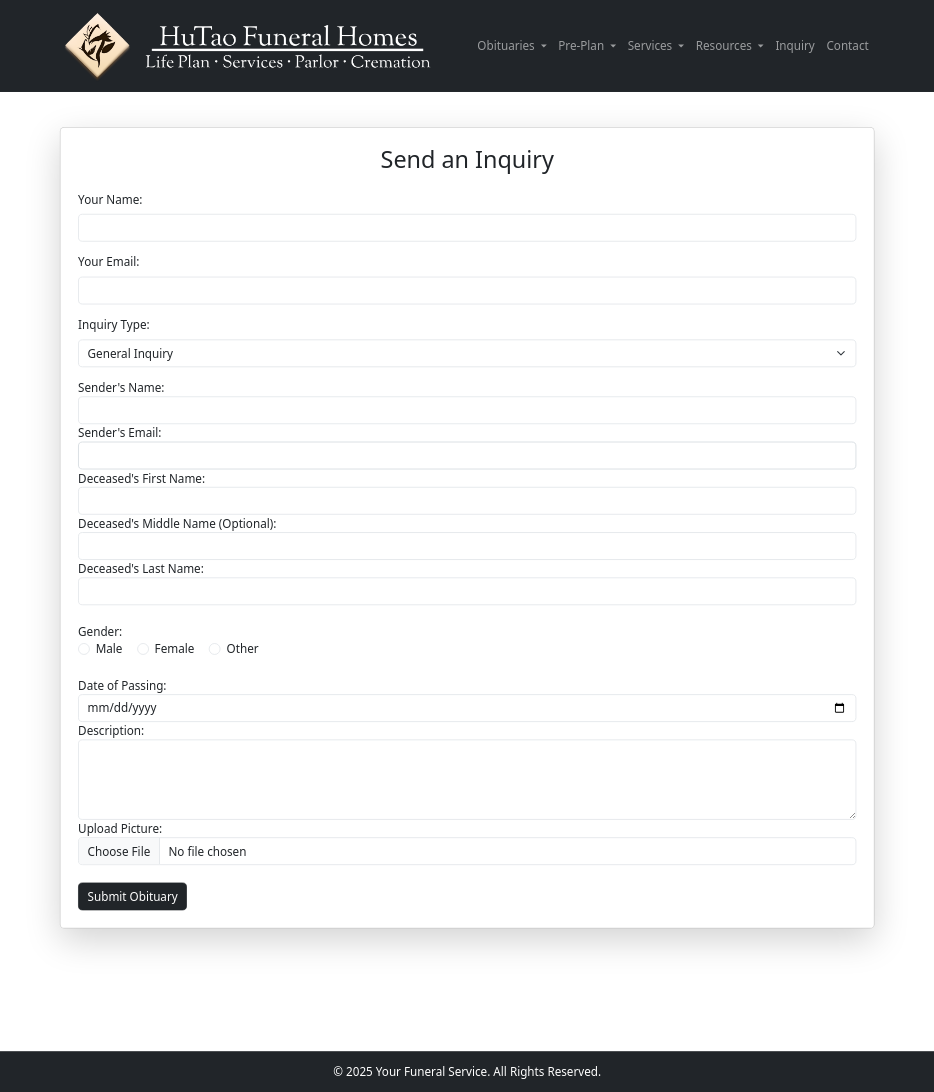
Repository: Jamil-cyber-hash/INSANITY
Page: http://localhost/inquiry.php
The author's editor kept a copy of each file at every save. The page is drawn from the files as they stood at one save, then again after the next save.
The browser window is 1280 px wide. The pictures show the whole page, at 73% of full size.
The page is run by PHP 8.4 with error messages shown; the project is at /var/www/html/.

Above is the page before, as saved 2025-03-23 22:21:34.

### inquiry.php
<!DOCTYPE html>
<html lang="en">
<head>
    <meta charset="UTF-8">
    <meta name="viewport" content="width=device-width, initial-scale=1.0">
    <title>Inquiry Form</title>
    <link href="https://cdn.jsdelivr.net/npm/bootstrap@5.3.3/dist/css/bootstrap.min.css" rel="stylesheet" integrity="sha384-QWTKZyjpPEjISv5WaRU9OFeRpok6YctnYmDr5pNlyT2bRjXh0JMhjY6hW+ALEwIH" crossorigin="anonymous">
    <script src="https://cdn.jsdelivr.net/npm/bootstrap@5.3.3/dist/js/bootstrap.bundle.min.js" integrity="sha384-YvpcrYf0tY3lHB60NNkmXc5s9fDVZLESaAA55NDzOxhy9GkcIdslK1eN7N6jIeHz" crossorigin="anonymous"></script>
    <script>
        function toggleObituaryFields() {
            let inquiryType = document.getElementById("inquiry_type").value;
            let obituaryFields = document.getElementById("obituary_fields");

            if (inquiryType === "Obituary") {
                obituaryFields.style.display = "block";
            } else {
                obituaryFields.style.display = "none";
            }
        }
    </script>

</head>
<body>

<?php include 'header.php'; ?>
    <div class="container mt-5">
        <div class="card shadow-lg p-4">
            <h2 class="text-center mb-4">Send an Inquiry</h2>
            <form action="submit_inquiry.php" method="POST">
                <div class="mb-3">
                    <label for="name" class="form-label">Your Name:</label>
                    <input type="text" id="name" name="name" class="form-control" required>
                </div>

                <div class="mb-3">
                    <label for="email" class="form-label">Your Email:</label>
                    <input type="email" id="email" name="email" class="form-control" required>
                </div>

                <div class="mb-3">
                    <label for="inquiry_type" class="form-label">Inquiry Type:</label>
                    <select id="inquiry_type" name="inquiry_type" class="form-select" required onchange="toggleObituaryFields()">
                        <option value="General">General Inquiry</option>
                        <option value="Obituary">Obituary Submission</option>
                    </select>
                </div>

                <!-- Obituary Fields (Initially Hidden) -->
                <form action="submit_form.php" method="POST" enctype="multipart/form-data">
        <!-- Sender's Info -->
        <div class="form-group">
            <label for="sender_name">Sender's Name:</label>
            <input type="text" class="form-control" id="sender_name" name="sender_name" required />
        </div>
        <div class="form-group">
            <label for="sender_email">Sender's Email:</label>
            <input type="email" class="form-control" id="sender_email" name="sender_email" required />
        </div>

        <script>
document.getElementById('sender_email').addEventListener('input', function() {
    const email = this.value;
    const emailPattern = /^[a-zA-Z0-9._%+-]+@[a-zA-Z0-9.-]+\.[a-zA-Z]{2,}$/;
    const emailError = document.getElementById('email-error');

    if (emailPattern.test(email)) {
        emailError.style.display = 'none';
        this.classList.remove('invalid');
        this.classList.add('valid');
    } else {
        emailError.style.display = 'block';
        this.classList.remove('valid');
        this.classList.add('invalid');
    }
});
</script>

        <!-- Deceased's Info -->
        <div class="form-group">
            <label for="deceased_first_name">Deceased's First Name:</label>
            <input type="text" class="form-control" id="deceased_first_name" name="deceased_first_name" required />
        </div>
        <div class="form-group">
            <label for="deceased_middle_name">Deceased's Middle Name (Optional):</label>
            <input type="text" class="form-control" id="deceased_middle_name" name="deceased_middle_name" />
        </div>
        <div class="form-group">
            <label for="deceased_last_name">Deceased's Last Name:</label>
            <input type="text" class="form-control" id="deceased_last_name" name="deceased_last_name" required />
        </div>
<br>
        <!-- Gender -->
        <div class="form-group">
            <label>Gender:</label><br>
            <div class="form-check form-check-inline">
                <input class="form-check-input" type="radio" name="gender" id="male" value="Male" required />
                <label class="form-check-label" for="male">Male</label>
            </div>
            <div class="form-check form-check-inline">
                <input class="form-check-input" type="radio" name="gender" id="female" value="Female" />
                <label class="form-check-label" for="female">Female</label>
            </div>
            <div class="form-check form-check-inline">
                <input class="form-check-input" type="radio" name="gender" id="other" value="Other" />
                <label class="form-check-label" for="other">Other</label>
            </div>
        </div>
<br>
        <div class="form-group">
            <label for="date_of_passing">Date of Passing:</label>
            <input type="date" class="form-control" id="date_of_passing" name="date_of_passing" required />
        </div>
        <div class="form-group">
            <label for="description">Description:</label>
            <textarea class="form-control" id="description" name="description" rows="4" required></textarea>
        </div>
        <div class="form-group">
            <label for="image">Upload Picture:</label>
            <input type="file" class="form-control" id="image" name="image" accept="image/*" required />
        </div>
        <br>
        <button type="submit" class="btn btn-dark">Submit Obituary</button>
    </form>
</div>

        </div>
    </div>

    <script src="https://cdn.jsdelivr.net/npm/bootstrap@5.3.0/dist/js/bootstrap.bundle.min.js"></script>
<br>
<br>
<br>
<br>
<br>
<br>
<br>
    <?php include 'footer.php'; ?>
</body>
</html>

### header.php
<!DOCTYPE html>
<html lang="en">
<head>
    <meta charset="UTF-8" />
    <meta name="viewport" content="width=device-width, initial-scale=1.0" />
    <title>Funeral Service</title>

    <link href="https://cdn.jsdelivr.net/npm/bootstrap@5.3.3/dist/css/bootstrap.min.css" rel="stylesheet" integrity="sha384-QWTKZyjpPEjISv5WaRU9OFeRpok6YctnYmDr5pNlyT2bRjXh0JMhjY6hW+ALEwIH" crossorigin="anonymous">
<script src="https://cdn.jsdelivr.net/npm/bootstrap@5.3.3/dist/js/bootstrap.bundle.min.js" integrity="sha384-YvpcrYf0tY3lHB60NNkmXc5s9fDVZLESaAA55NDzOxhy9GkcIdslK1eN7N6jIeHz" crossorigin="anonymous"></script>
<link rel="stylesheet" href="css/pang.css">
<link rel="stylesheet" href="css/form.css">

</head>
<body>

<!-- Header -->
<nav class="navbar navbar-expand-lg navbar-dark bg-dark">
    <div class="container">
        <a class="navbar-brand" href="PANG.php"><img src="imaages\logo.png" alt="" class="logo"><img src="imaages\logo2.png" alt="" class="logo2"></a>


         <button class="navbar-toggler" type="button" data-bs-toggle="collapse" data-bs-target="#navbarNav">
            <span class="navbar-toggler-icon"></span>
        </button>

        <div class="collapse navbar-collapse" id="navbarNav">
            <ul class="navbar-nav ms-auto">
                <!-- Obituaries Dropdown -->
                <li class="nav-item dropdown">
                    <a class="nav-link dropdown-toggle" href="#" id="obituariesDropdown" role="button" data-bs-toggle="dropdown" aria-expanded="false">
                        Obituaries
                    </a>
                    <ul class="dropdown-menu" aria-labelledby="obituariesDropdown">
                        <li><a class="dropdown-item" href="PANG.php#obituaries">Recent Obituaries</a></li>
                        <li><a class="dropdown-item" href="#search">Search Obituaries</a></li>

                    </ul>
                </li>

                <!-- Pre-Plan Dropdown -->
                <li class="nav-item dropdown">
                    <a class="nav-link dropdown-toggle" href="#" id="preplanDropdown" role="button" data-bs-toggle="dropdown" aria-expanded="false">
                        Pre-Plan
                    </a>
                    <ul class="dropdown-menu" aria-labelledby="preplanDropdown">
                        <li><a class="dropdown-item" href="pre-plan.php">Why Pre-Plan?</a></li>
                        <li><a class="dropdown-item" href="submit_preplan.php">Pre-Plan Options</a></li>
                    </ul>
                </li>

                <!-- Services Dropdown -->
                <li class="nav-item dropdown">
                    <a class="nav-link dropdown-toggle" href="services.php" id="servicesDropdown" role="button" data-bs-toggle="dropdown" aria-expanded="false">
                        Services
                    </a>
                    <ul class="dropdown-menu" aria-labelledby="servicesDropdown">
                        <li><a class="dropdown-item" href="burial_services.php">Burial Services</a></li>
                        <li><a class="dropdown-item" href="cremation.php">Cremation Services</a></li>
                        <li><a class="dropdown-item" href="memorial.php">Memorial Planning</a></li>
                    </ul>
                </li>

                <!-- Resources Dropdown -->
                <li class="nav-item dropdown">
                    <a class="nav-link dropdown-toggle" href="#" id="resourcesDropdown" role="button" data-bs-toggle="dropdown" aria-expanded="false">
                        Resources
                    </a>
                    <ul class="dropdown-menu" aria-labelledby="resourcesDropdown">
                        <li><a class="dropdown-item" href="grief_support.php">Grief Support</a></li>
                        <li><a class="dropdown-item" href="faq.php">FAQs</a></li>
                    </ul>
                </li>

                <!-- Inquiry Link -->
                <li class="nav-item">
                    <a class="nav-link" href="inquiry.php">Inquiry</a>
                </li>

                <!-- Contact Link -->
                <li class="nav-item">
                    <a class="nav-link" href="#contact">Contact</a>
                </li>
            </ul>
        </div>
    </div>
</nav>

### footer.php
<footer class="footer mt-auto py-3 bg-dark text-white text-center">
    <div class="container">
        <span>© 2025 Your Funeral Service. All Rights Reserved.</span>
    </div>
</footer>


</body>
</html>

### css/pang.css

.carousel-item img {
    width: 100%;
    height: 600px;
    object-fit: cover;
}
.logo{
    height: 100px;
    width: auto;
    object-fit: contain;

}
.logo2{
    height: 100px;
    width: auto;
    object-fit: contain;

}
.map1{
    align-items: center;
    justify-content: center;
    text-align: center;
}
.map2{
    align-items: center;
    justify-content: center;
    text-align: center;
}
.navbar-nav .dropdown .dropdown-menu {
    display: block;
    opacity: 0;
    visibility: hidden;
    transition: opacity 0.3s ease, transform 0.3s ease;
    transform: translateY(-10px);
}

.navbar-nav .dropdown:hover .dropdown-menu {
    opacity: 1;
    visibility: visible;
    transform: translateY(0);
}

### css/form.css
#sender_email {
    border: 1px solid #ced4da;
    transition: border-color 0.2s ease-in-out;
}

/* Red border when invalid */
#sender_email.invalid {
    border-color: #dc3545;
}

/* Optional: Green border when valid */
#sender_email.valid {
    border-color: #28a745;
}

After the next save:
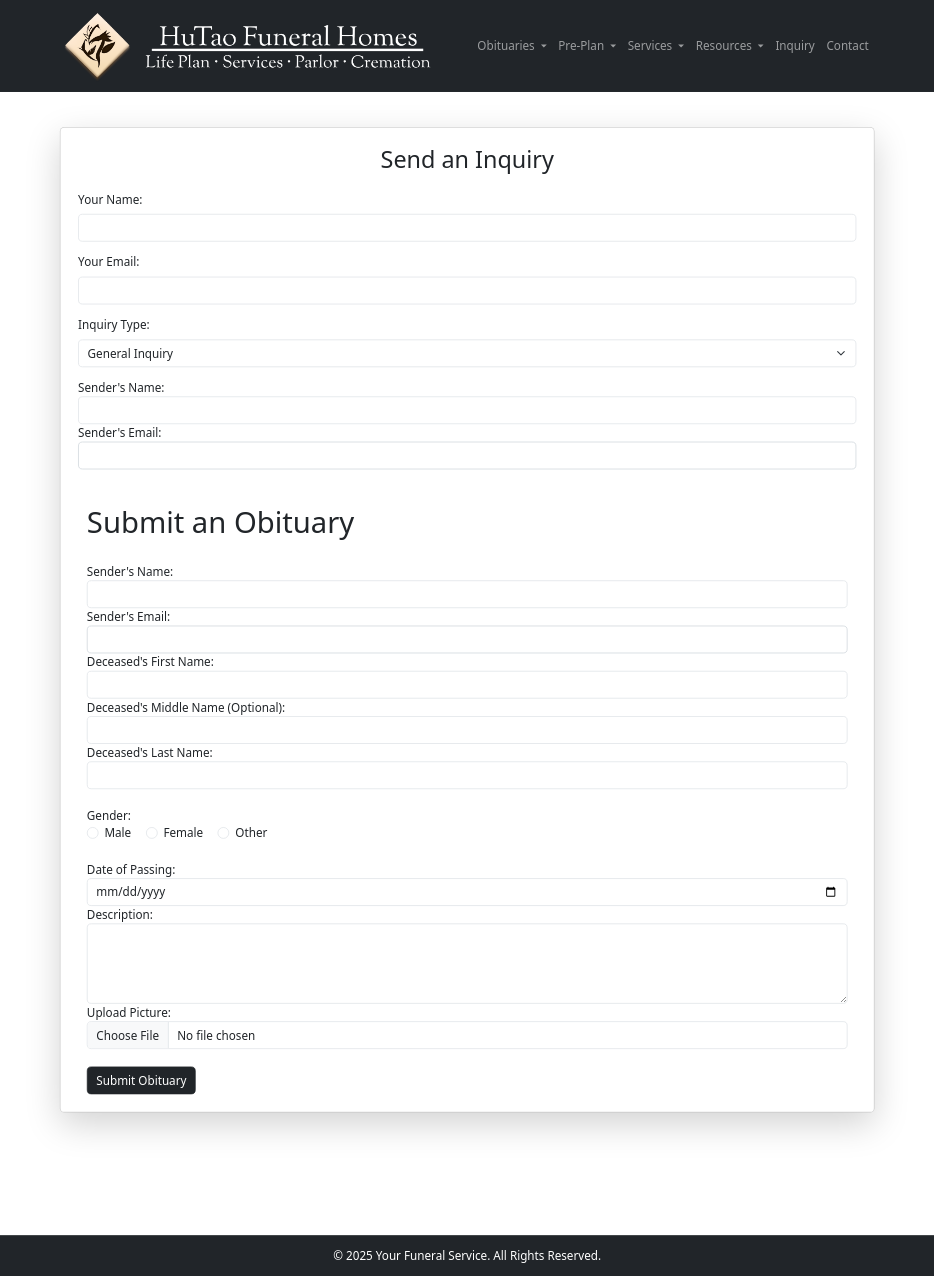
Saved 86 s later.
--- a/inquiry.php
+++ b/inquiry.php
@@ -47,6 +47,39 @@
 
                 <!-- Obituary Fields (Initially Hidden) -->
                 <form action="submit_form.php" method="POST" enctype="multipart/form-data">
+        <!-- Sender's Info -->
+        <div class="form-group">
+            <label for="sender_name">Sender's Name:</label>
+            <input type="text" class="form-control" id="sender_name" name="sender_name" required />
+        </div>
+        <div class="form-group">
+            <label for="sender_email">Sender's Email:</label>
+            <input type="email" class="form-control" id="sender_email" name="sender_email" required />
+        </div>
+
+        <script>
+document.getElementById('sender_email').addEventListener('input', function() {
+    const email = this.value;
+    const emailPattern = /^[a-zA-Z0-9._%+-]+@[a-zA-Z0-9.-]+\.[a-zA-Z]{2,}$/;
+    const emailError = document.getElementById('email-error');
+
+    if (emailPattern.test(email)) {
+        emailError.style.display = 'none';
+        this.classList.remove('invalid');
+        this.classList.add('valid');
+    } else {
+        emailError.style.display = 'block';
+        this.classList.remove('valid');
+        this.classList.add('invalid');
+    }
+});
+</script>
+
+        <!-- Deceased's Info -->
+        <div class="container mt-5" id="add-obituary">
+    <div class="section-title"><h1>Submit an Obituary</h1></div>
+    <br>
+    <form action="submit_form.php" method="POST" enctype="multipart/form-data">
         <!-- Sender's Info -->
         <div class="form-group">
             <label for="sender_name">Sender's Name:</label>
